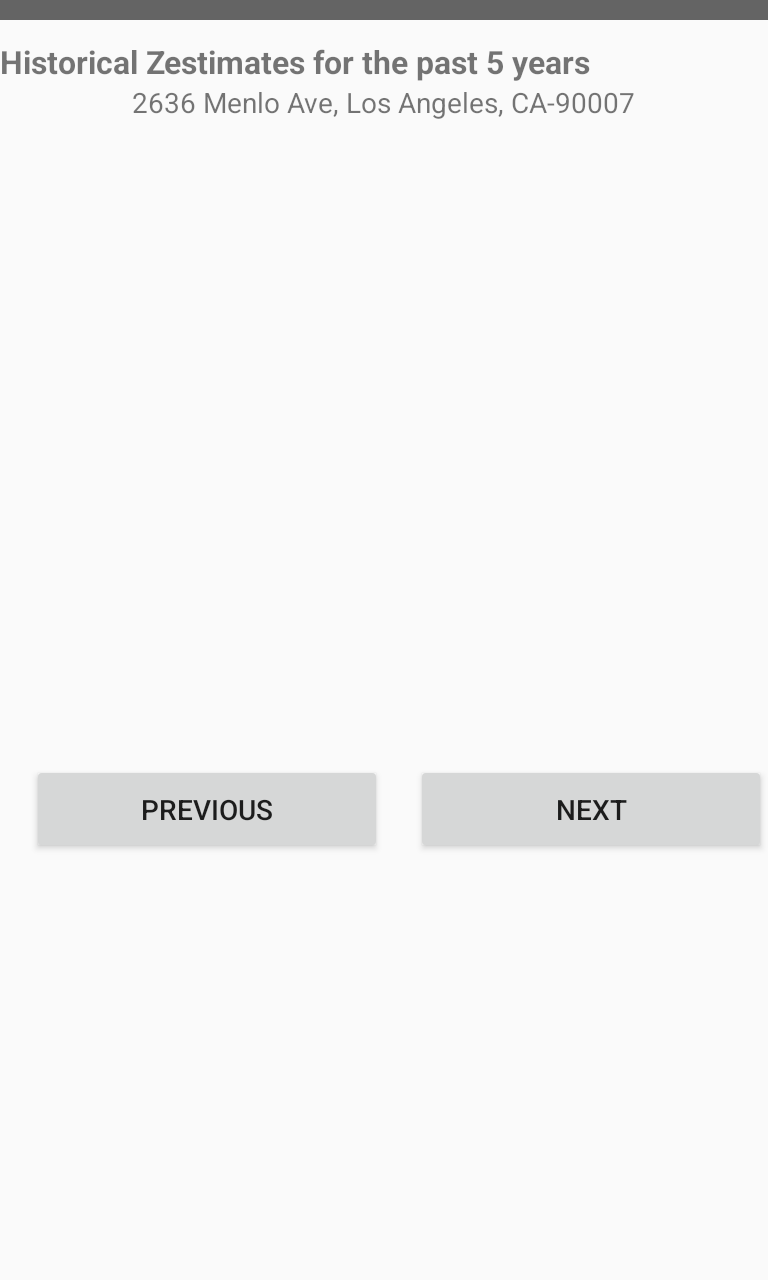
Repository: Warun26/PropertySearch
Layout: PropertySearch/res/layout/historical_zestimates_tab.xml
These files come from the project's save history. The layout is drawn as it stood at one moment and after a run of saves; the edit follows.
It is drawn on a 768 x 1280 px phone screen (xhdpi) without system bars, with theme AppTheme; the app's code is not run. The app's manifest (not shown) leaves right-to-left support off. So textAlignment, textDirection and layoutDirection are ignored, and left and right values win over start and end ones.

Above is the layout before, as saved 2014-11-23 04:18:07.

### PropertySearch/res/layout/historical_zestimates_tab.xml
<?xml version="1.0" encoding="utf-8"?>
<LinearLayout xmlns:android="http://schemas.android.com/apk/res/android"
    android:id="@+id/tab2"
    android:layout_width="fill_parent"
    android:layout_height="fill_parent"
    android:orientation="vertical" >

    <TextSwitcher
        android:id="@+id/chartYear"
        android:layout_width="fill_parent"
        android:layout_height="wrap_content"
        android:textAlignment="center"
        android:layout_gravity="center"
        android:background="#99000000"
        android:padding="5dp"
        android:textSize = "20sp"
        android:textStyle="bold" />

      <TextView
	     android:id="@+id/addres"
	     android:layout_width="fill_parent"
	     android:layout_height="wrap_content"
	     android:padding="0dp"
	     android:textSize="16sp"
	     android:textAlignment="center"
	     android:layout_gravity="center"
	     android:textStyle="bold"
	     android:text="Historical Zestimates for the past 5 years"
	     android:layout_marginTop="10dp">
	</TextView>

    <TextView
	     android:id="@+id/address"
	     android:layout_width="wrap_content"
	     android:layout_height="wrap_content"
	     android:padding="0dp"
	     android:textSize="14sp"
	     android:textAlignment="center"
	     android:layout_gravity="center"
	     android:text="2636 Menlo Ave, Los Angeles, CA-90007" >
	</TextView>

    <ImageSwitcher
      android:id="@+id/ZestimateCharts"
      android:layout_width="fill_parent"
      android:layout_height="300dp" >
    </ImageSwitcher>

    <LinearLayout
        android:id="@+id/imageNavigationButtons"
        android:layout_width="fill_parent"
        android:layout_height="wrap_content"
        android:orientation="horizontal">
	    <Button
	      	android:id="@+id/previousImageButton"
	        android:layout_width="fill_parent"
	        android:layout_height="wrap_content"
	        android:text="@string/previous"
	        android:layout_marginLeft="15dp"
	        android:layout_marginStart="7dp"
	        android:layout_marginTop="20dp"
	        android:paddingLeft="3dp"
	        android:paddingRight="3dp"
	        android:layout_weight="1" />

	    <Button
	      	android:id="@+id/nextImageButton"
	        android:layout_width="fill_parent"
	        android:layout_height="wrap_content"
	        android:text="@string/next"
	        android:layout_marginLeft="15dp"
	        android:layout_marginStart="7dp"
	        android:layout_marginTop="20dp"
	        android:paddingLeft="3dp"
	        android:paddingRight="3dp"
	        android:layout_weight="1" />
        </LinearLayout>
    <!--  TextView
        android:id="@+id/textView2"
        android:layout_width="wrap_content"
        android:layout_height="wrap_content"
        android:text="@string/body2" /-->
</LinearLayout>

### PropertySearch/res/values/strings.xml
<?xml version="1.0" encoding="utf-8"?>
<resources>

    <string name="app_name">PropertySearch</string>
    <string name="hello_world">Hello world!</string>
    <string name="action_settings">Settings</string>
    <string name="search">Search</string>
    <string name="title_activity_main">MainActivity</string>
    <string name="form_title">Search Your Property Here</string>
    <string name="street_address">Street Address</string>
    <string name="address">Address*:</string>
    <string name="city_label">City*:</string>
    <string name="city">City</string>
    <string name="state">State*:</string>
    <string name="zillow_image">Zillow Logo</string>
    <string name="error_message">This field is required.</string>
    <string name="body1">body1</string>
    <string name="body2">body2</string>
    <string name="previous">Previous</string>
    <string name="next">Next</string>
    <string name="more_details">See more details on Zillow:</string>
    <string-array name="states">
        <item>Choose State</item>
        <item>AL</item>
        <item>AK</item>
        <item>AZ</item>
        <item>AR</item>
        <item>CA</item>
        <item>CO</item>
        <item>CT</item>
        <item>DE</item>
        <item>DC</item>
        <item>FL</item>
        <item>GA</item>
        <item>HI</item>
        <item>ID</item>
        <item>IL</item>
        <item>IN</item>
        <item>IA</item>
        <item>KS</item>
        <item>KY</item>
        <item>LA</item>
        <item>ME</item>
        <item>MD</item>
        <item>MA</item>
        <item>MI</item>
        <item>MN</item>
        <item>MS</item>
        <item>MO</item>
        <item>MT</item>
        <item>NE</item>
        <item>NV</item>
        <item>NH</item>
        <item>NJ</item>
        <item>NM</item>
        <item>NY</item>
        <item>NC</item>
        <item>ND</item>
        <item>OH</item>
        <item>OK</item>
        <item>OR</item>
        <item>PA</item>
        <item>PA</item>
        <item>RI</item>
        <item>SC</item>
        <item>SD</item>
        <item>TN</item>
        <item>TX</item>
        <item>UT</item>
        <item>VT</item>
        <item>VA</item>
        <item>WA</item>
        <item>WV</item>
        <item>WI</item>
        <item>WY</item>
    </string-array>

    <string name="title_activity_display_property_details">Results from Zillow</string>

</resources>

Loaded but not shown: PropertySearch/res/values/styles.xml (common file); PropertySearch/res/values-v11/styles.xml (common file); PropertySearch/res/values-v14/styles.xml (common file)

After the next 2 saves:
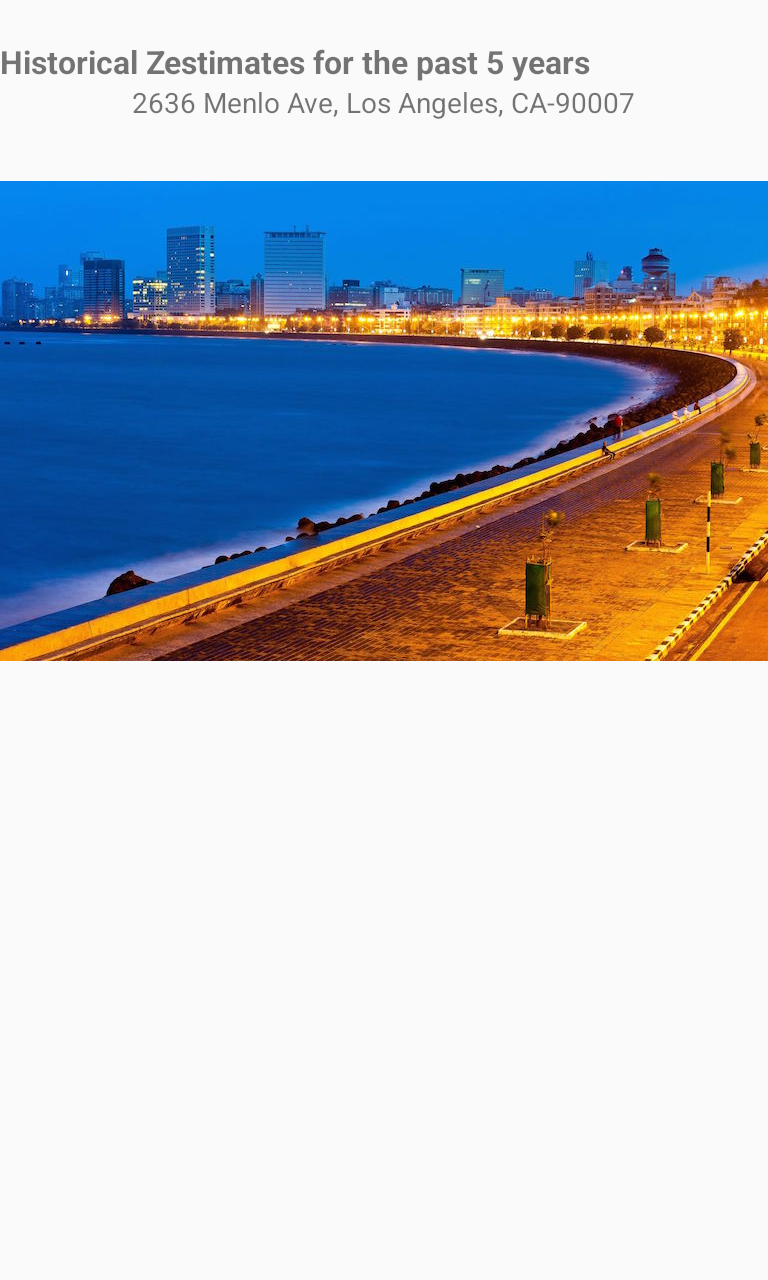
The 2 saves are shown as one change because 1 did not build or start.
The last was saved 9 min 38 s later.
--- a/PropertySearch/res/layout/historical_zestimates_tab.xml
+++ b/PropertySearch/res/layout/historical_zestimates_tab.xml
@@ -12,9 +12,10 @@
         android:textAlignment="center"
         android:layout_gravity="center"
         android:background="#99000000"
-        android:padding="5dp"
-        android:textSize = "20sp"
-        android:textStyle="bold" />
+        android:padding="0dp"
+        android:textSize = "16sp"
+        android:textStyle="bold"
+        android:layout_marginTop="10dp" />
 
       <TextView
 	     android:id="@+id/addres"
@@ -40,6 +41,11 @@
 	     android:text="2636 Menlo Ave, Los Angeles, CA-90007" >
 	</TextView>
 
+    <ImageView
+        android:layout_width="fill_parent"
+        android:layout_height="300dp"
+        android:src="@drawable/background">
+    </ImageView>
     <ImageSwitcher
       android:id="@+id/ZestimateCharts"
       android:layout_width="fill_parent"
